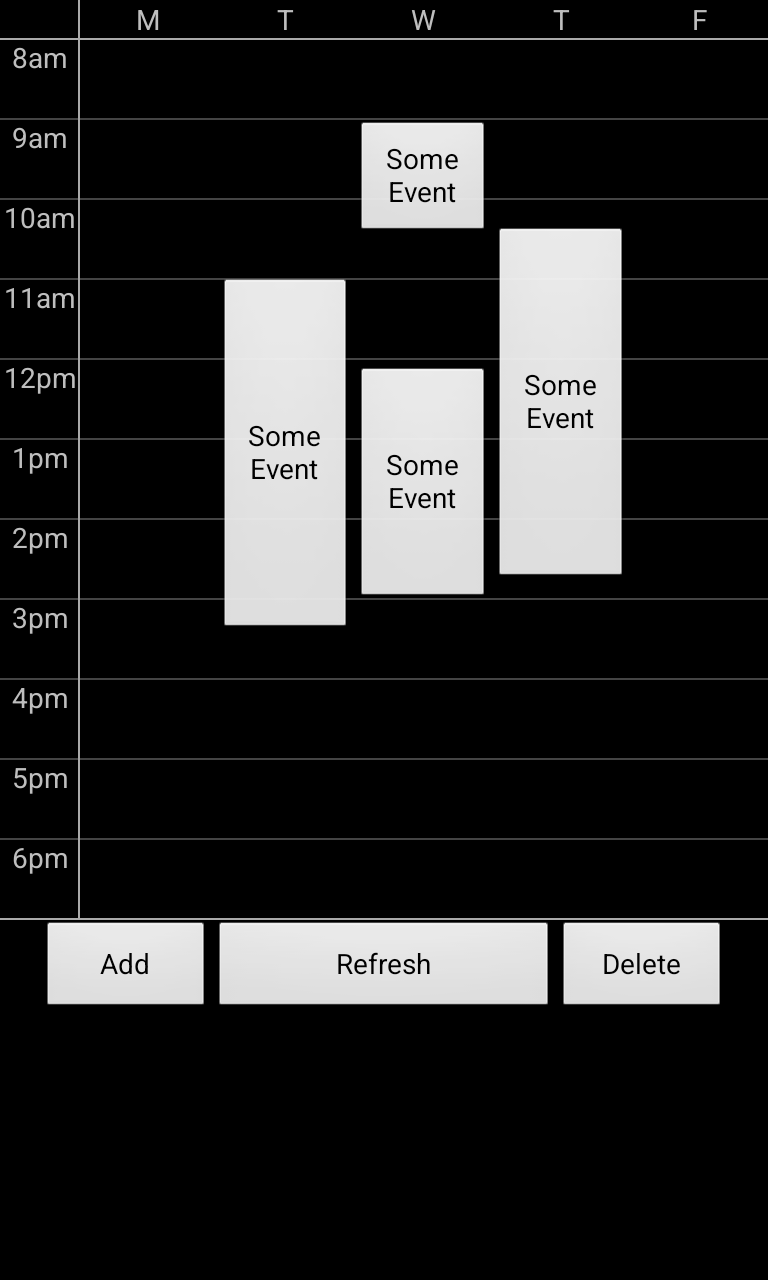
Repository: appsfactory/OfficeHours
Layout: OfficeHoursClient/res/layout/activity_schedule_view.xml
The author's editor kept a copy of each file at every save. The layout is drawn from the files as they stood at one save, then again after a run of saves.
It is drawn on a 768 x 1280 px phone screen (xhdpi) without system bars, with theme AppTheme; the app's code is not run.

Above is the layout before, as saved 2012-09-27 17:45:24.

After the next 4 saves:
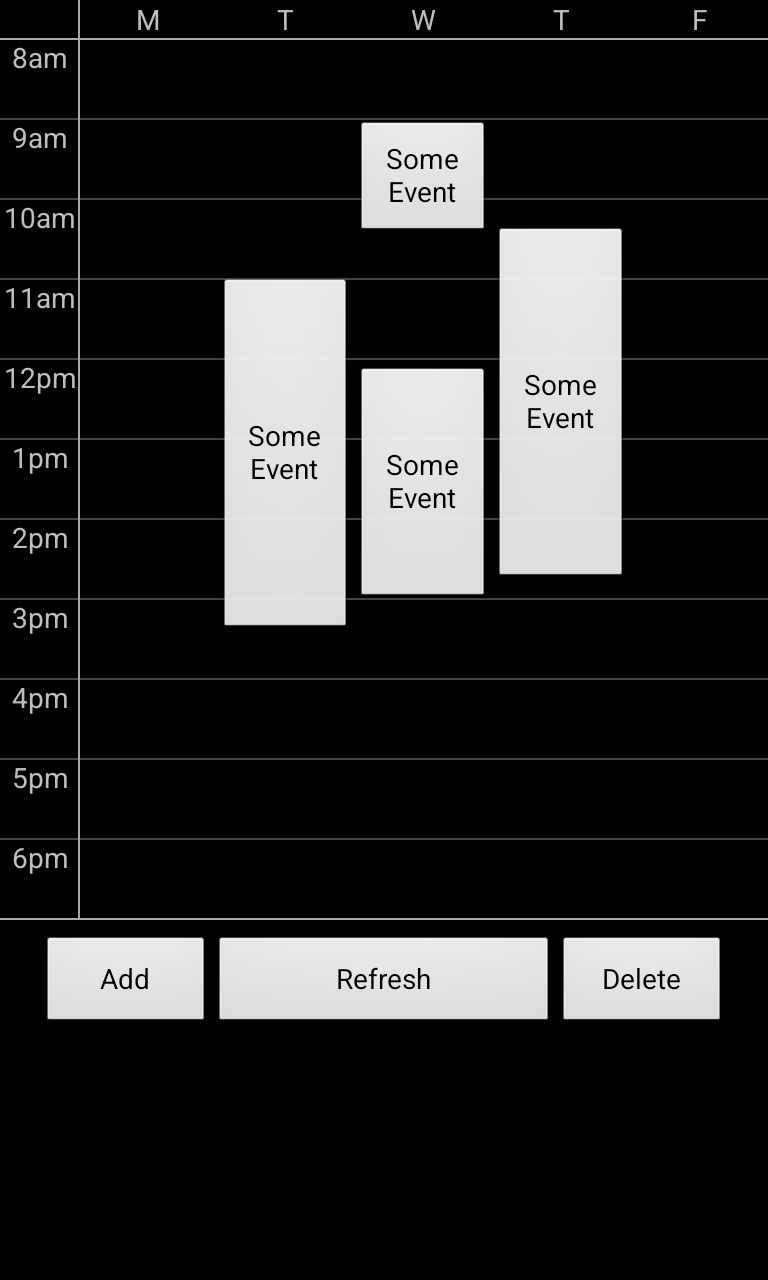
The 4 saves are shown as one change because 2 did not build or start and some came seconds apart.
The last was saved 78 s later.
--- a/OfficeHoursClient/res/layout/activity_schedule_view.xml
+++ b/OfficeHoursClient/res/layout/activity_schedule_view.xml
@@ -322,6 +322,8 @@
         android:layout_width="match_parent"
         android:layout_height="wrap_content"
         android:padding="0dp"
+        android:layout_marginTop="7.5dp"
+        android:layout_marginBottom="7.5dp"
         android:layout_marginLeft="20dp"
         android:layout_marginRight="20dp" >
 
